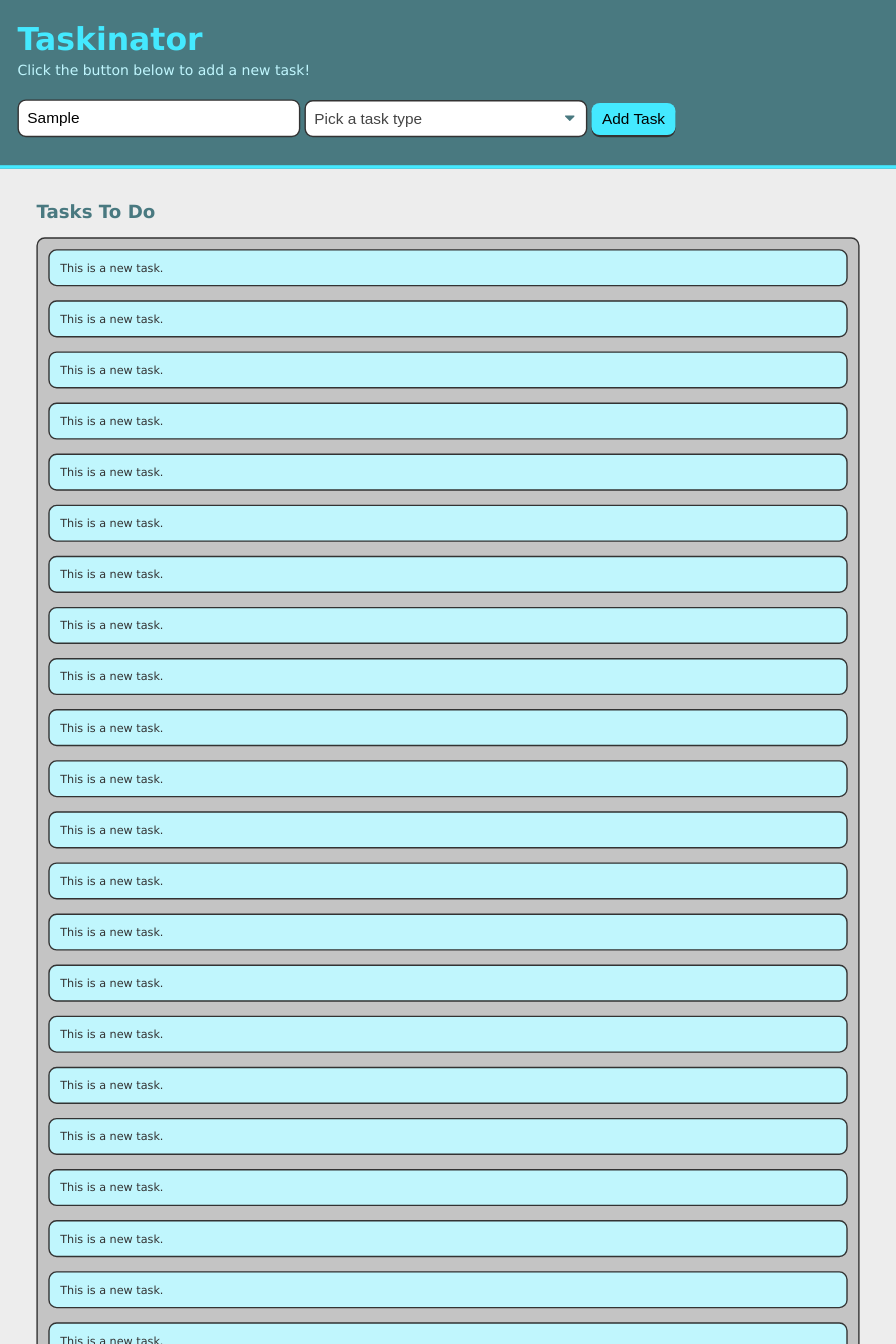
Repository: stuart-rickard/taskinator
Page: index.html
An editor plug-in stored every save of this project. The page is shown before and after the next save, followed by the edit.
The browser window is 1280 px wide. The pictures show the part of the page from y = 0 to 1920 px (the page is 4733 px tall before and 5098 px after), at 70% of full size.
Empty fields were first filled with sample values (such as "Sample", 5 or name@example.com).
After loading, the first visible `#task-form` was submitted once.

Above is the page before, as saved 2021-11-17 00:52:19.

After the next save:
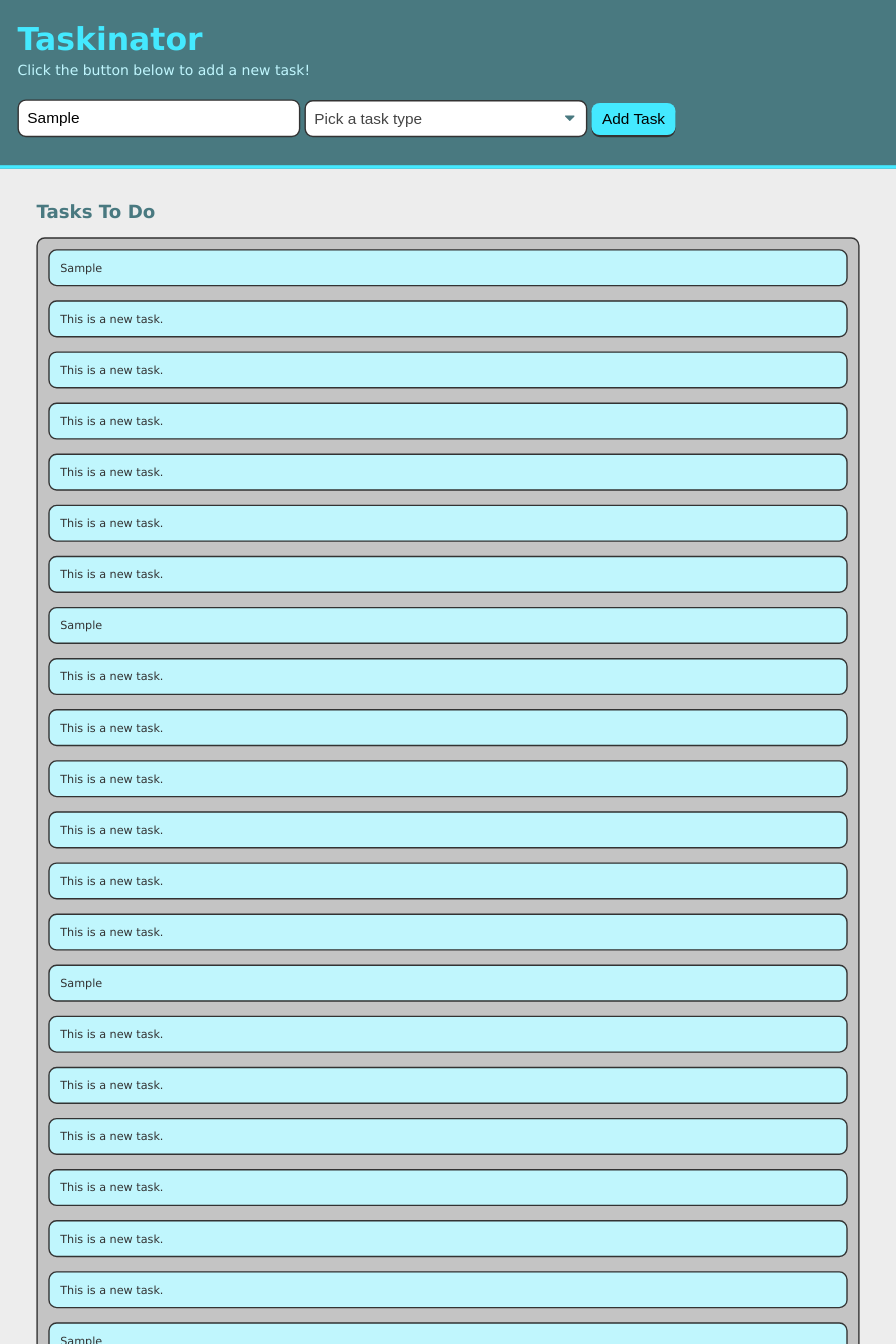
Saved 7 min 54 s later.
--- a/assets/js/script.js
+++ b/assets/js/script.js
@@ -1,3 +1,18 @@
+var formEl = document.querySelector("#task-form");
+var tasksToDoEl = document.querySelector("#tasks-to-do");
+
+var createTaskHandler = function() {
+
+    event.preventDefault();
+    var taskNameInput = document.querySelector("input[name='task-name']").value;
+
+    var listItemEl = document.createElement("li");
+    listItemEl.className = "task-item";
+    listItemEl.textContent = taskNameInput;
+    tasksToDoEl.appendChild(listItemEl);
+  }
+
+  formEl.addEventListener("submit", createTaskHandler);
 var formEl = document.querySelector("#task-form");
 var tasksToDoEl = document.querySelector("#tasks-to-do");
 
